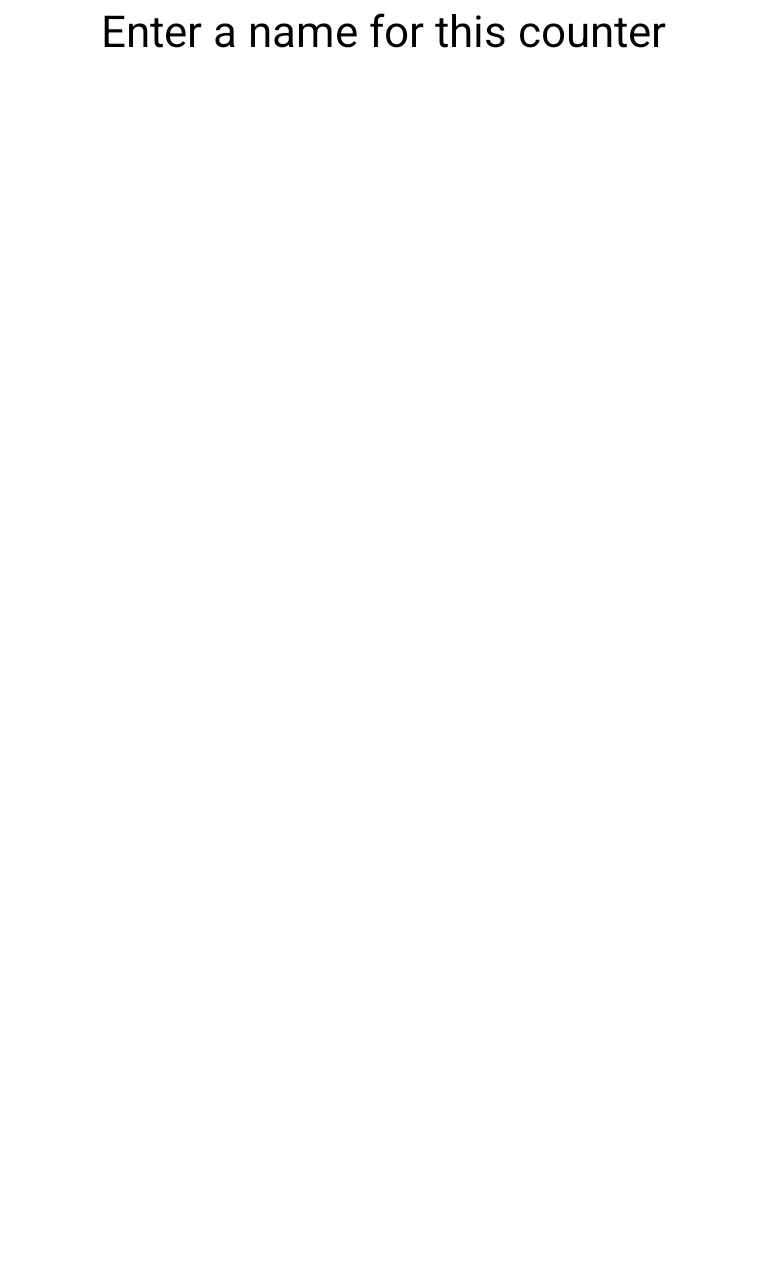
Repository: arweber1/CMPUT301_Assignment1
Layout: Assignment1/res/layout/create_counter.xml
These files come from the project's save history. The layout is drawn as it stood at one moment and after the next save; the edit follows.
It is drawn on a 768 x 1280 px phone screen (xhdpi) without system bars, with theme AppTheme; the app's code is not run.

Above is the layout before, as saved 2014-01-18 16:00:21.

After the next save:
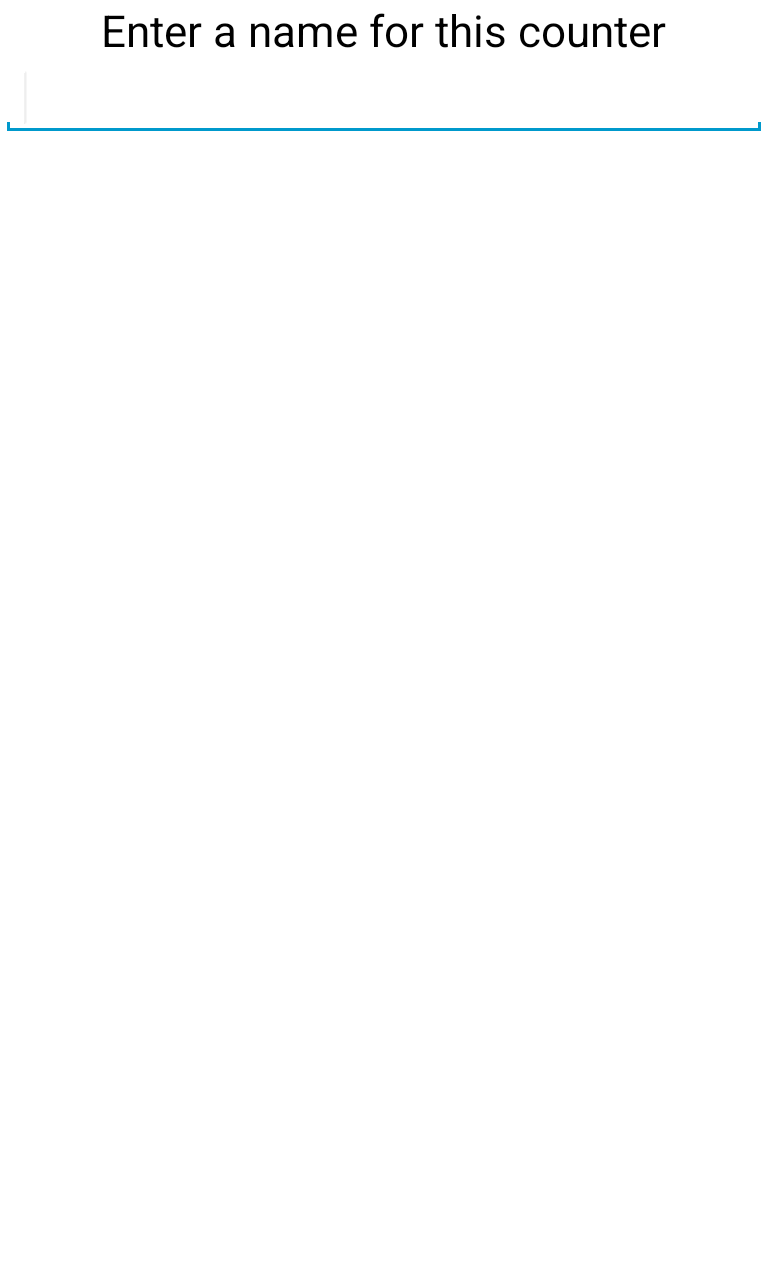
Saved 25 s later.
--- a/Assignment1/res/layout/create_counter.xml
+++ b/Assignment1/res/layout/create_counter.xml
@@ -12,4 +12,13 @@
         android:text="@string/enter_counter_name"
         android:textAppearance="?android:attr/textAppearanceLarge" />
 
+    <EditText
+        android:id="@+id/editText1"
+        android:layout_width="match_parent"
+        android:layout_height="wrap_content"
+        android:ems="10" >
+
+        <requestFocus />
+    </EditText>
+
 </LinearLayout>
